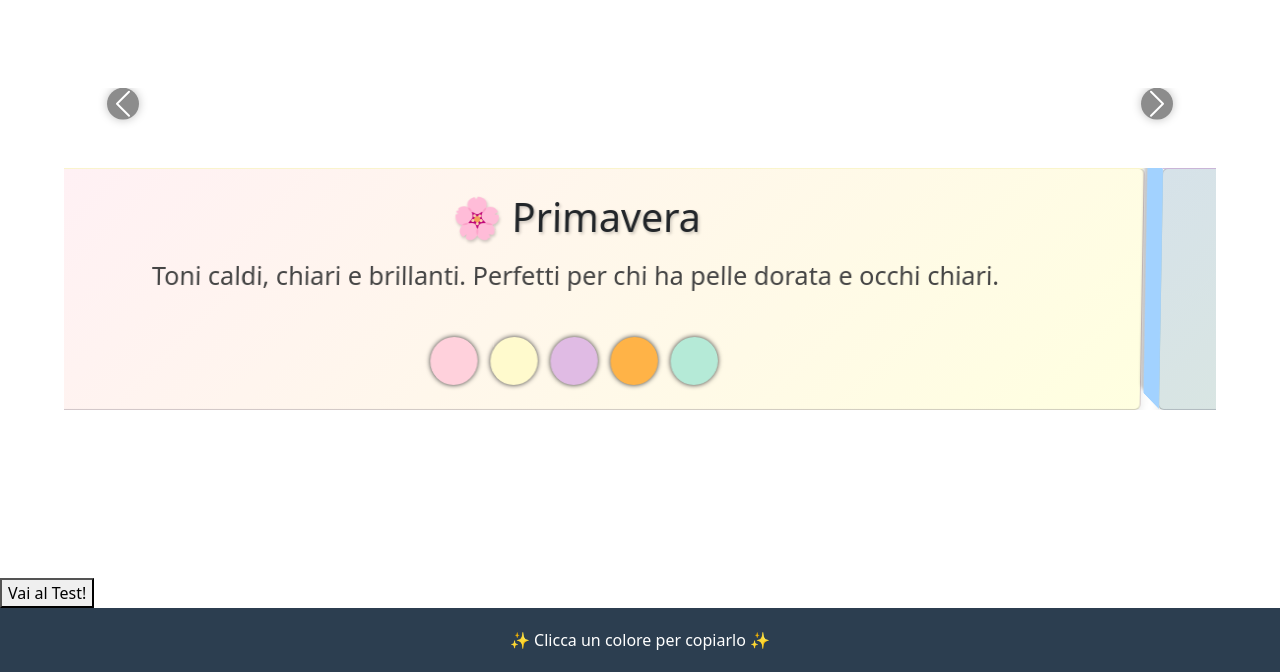
Repository: Probyte5D/Armocromia-website
Page: index.html
These files come from the project's save history. The page is drawn as it stood at one moment and after the next save; the edit follows.
The browser window is 1280 px wide. The pictures show the part of the page from y = 432 to 1236 px (the page is 1104 px tall before and 1236 px after).

Above is the page before, as saved 2025-04-18 02:41:22.

### index.html
<!DOCTYPE html>
<html lang="it">
<head>
  <meta charset="UTF-8" />
  <meta name="viewport" content="width=device-width, initial-scale=1.0" />
  <title>Armocromia - Scopri la tua stagione</title>
  <link rel="stylesheet" href="style.css" />
  <!-- Bootstrap CSS -->
  <link href="https://cdn.jsdelivr.net/npm/bootstrap@5.3.0-alpha1/dist/css/bootstrap.min.css" rel="stylesheet">
  <!-- Bootstrap JS e Popper.js (per alcuni componenti interattivi) -->
  <script src="https://cdn.jsdelivr.net/npm/@popperjs/core@2.11.6/dist/umd/popper.min.js"></script>
  <script src="https://cdn.jsdelivr.net/npm/bootstrap@5.3.0-alpha1/dist/js/bootstrap.min.js"></script>
</head>

<body>
  <!-- Navigation Bar -->
  <nav>
    <ul>
      <li><a href="#">Home</a></li>
      <li><a href="test.html">Test Armocromia</a></li>
      <li><a href="#">Chi Siamo</a></li>
    </ul>
  </nav>

  <!-- Header con sfondo sfuocato -->
  <header>
    <h1>🌈 Armocromia</h1>
    <p>Scopri le palette perfette per la tua stagione.</p>
  </header>

  <main>
    <!-- Carosello delle stagioni -->
    <section class="carousel-container">
      <div id="carouselExample" class="carousel slide" data-bs-ride="carousel">
        <div class="carousel-inner">
          <!-- Card Primavera -->
          <div class="carousel-item active">
            <div class="card primavera">
              <h3>🌸 Primavera</h3>
              <p>Toni caldi, chiari e brillanti. Perfetti per chi ha pelle dorata e occhi chiari.</p>
              <div class="palette">
                <div class="color" style="background-color: #FFD1DC;"></div>
                <div class="color" style="background-color: #FFFACD;"></div>
                <div class="color" style="background-color: #E0BBE4;"></div>
                <div class="color" style="background-color: #FFB347;"></div>
                <div class="color" style="background-color: #B5EAD7;"></div>
              </div>
            </div>
          </div>

          <!-- Card Estate -->
          <div class="carousel-item">
            <div class="card estate">
              <h3>☀️ Estate</h3>
              <p>Toni freddi e soft, ideali per carnagioni rosate e occhi chiari.</p>
              <div class="palette">
                <div class="color" style="background-color: #BFD7EA;"></div>
                <div class="color" style="background-color: #D6E2E9;"></div>
                <div class="color" style="background-color: #A2D2FF;"></div>
                <div class="color" style="background-color: #CDB4DB;"></div>
                <div class="color" style="background-color: #E2F0CB;"></div>
              </div>
            </div>
          </div>

          <!-- Card Autunno -->
          <div class="carousel-item">
            <div class="card autunno">
              <h3>🍁 Autunno</h3>
              <p>Toni caldi, intensi e terrosi. Per incarnati dorati e occhi scuri o verdi.</p>
              <div class="palette">
                <div class="color" style="background-color: #D2691E;"></div>
                <div class="color" style="background-color: #C3B091;"></div>
                <div class="color" style="background-color: #A0522D;"></div>
                <div class="color" style="background-color: #F4A460;"></div>
                <div class="color" style="background-color: #B22222;"></div>
              </div>
            </div>
          </div>

          <!-- Card Inverno -->
          <div class="carousel-item">
            <div class="card inverno">
              <h3>❄️ Inverno</h3>
              <p>Toni freddi e contrastati, perfetti per pelli olivastre e capelli scuri.</p>
              <div class="palette">
                <div class="color" style="background-color: #000000;"></div>
                <div class="color" style="background-color: #4169E1;"></div>
                <div class="color" style="background-color: #8A2BE2;"></div>
                <div class="color" style="background-color: #FF1493;"></div>
                <div class="color" style="background-color: #00CED1;"></div>
              </div>
            </div>
          </div>
        </div>

    <!-- Controlli per il carosello -->
<button class="carousel-control-prev" type="button" data-bs-target="#carouselExample" data-bs-slide="prev">
  <span class="carousel-control-prev-icon" aria-hidden="true"></span>
  <span class="visually-hidden">Precedente</span>
</button>
<button class="carousel-control-next" type="button" data-bs-target="#carouselExample" data-bs-slide="next">
  <span class="carousel-control-next-icon" aria-hidden="true"></span>
  <span class="visually-hidden">Successivo</span>
</button>

      </div>
    </section>

    <!-- Bottone per andare al test -->
    <section class="test-link">
      <a href="test.html">
        <button id="vai-al-test">Vai al Test!</button>
      </a>
    </section>
  </main>

  <!-- Footer -->
  <footer>
    <p>✨ Clicca un colore per copiarlo ✨</p>
  </footer>

  <script src="script.js">


  var myCarousel = document.querySelector('#carouselExample');
  var carousel = new bootstrap.Carousel(myCarousel);

  </script>
</body>
</html>

### style.css
/* Base styles */
body {
  font-family: 'Roboto', sans-serif;
  margin: 0;
  padding: 0;
  background-color: #f0f0f0;
}

.html{
  font-size: 62.5%;
}
/* Header */
header {
  background-image: url('https://images.unsplash.com/photo-1558452337-ca6e53836504?w=500&auto=format&fit=crop&q=60&ixlib=rb-4.0.3&ixid=M3wxMjA3fDB8MHxzZWFyY2h8MTMyfHxhcm1vY3JvbWlhJTIwcGFsZXR0ZSUyMHBpdHR1cmF8ZW58MHx8MHx8fDI%3D');
  background-size: cover;
  background-position: center;
  height: 60vh;
  color: white;
  display: flex;
  flex-direction: column;
  justify-content: center;
  align-items: center;
  text-shadow: 2px 2px 10px rgba(0, 0, 0, 0.6);
  position: relative;
}

header::before {
  content: '';
  position: absolute;
  top: 0;
  left: 0;
  width: 100%;
  height: 100%;
  background: rgba(0, 0, 0, 0.4);
}

header h1 {
  font-size: 3rem;
  margin: 0;
}

header p {
  font-size: 1.5rem;
  margin-top: 10px;
}

/* Navigation Bar */
nav {
  position: fixed;
  top: 0;
  left: 0;
  width: 100%;
  background-color: #2C3E50;
  padding: 15px 30px;
  z-index: 1000;
}

nav ul {
  display: flex;
  justify-content: space-around;
  list-style: none;
  margin: 0;
  padding: 0;
}

nav ul li {
  font-size: 1.2rem;
}

nav ul li a {
  color: white;
  text-decoration: none;
  padding: 10px 20px;
  border-radius: 5px;
  transition: background-color 0.3s ease;
}

nav ul li a:hover {
  background-color: #3498db;
}

/* Carosello e Cards */
.carousel {
  display: flex;
  justify-content: space-between;
  gap: 20px;
  margin: 40px 0;
  overflow-x: auto;
  padding: 20px;
}

.card {
  width: 250px;
  padding: 20px;
  background-color: white;
  border-radius: 10px;
  box-shadow: 0 4px 10px rgba(0, 0, 0, 0.1);
  transition: transform 0.3s ease;
}

.card:hover {
  transform: scale(1.05);
}

.card h3 {
  font-size: 1.5rem;
  margin-bottom: 15px;
}

.card p {
  font-size: 1.1rem;
  color: #555;
}

.palette {
  display: flex;
  justify-content: space-between;
  gap: 10px;
  margin-top: 10px;
}

.color {
  width: 50px;
  height: 50px;
  border-radius: 8px;
  box-shadow: 0 4px 8px rgba(0, 0, 0, 0.1);
}

/* Footer */
footer {
  text-align: center;
  padding: 20px;
  background-color: #2C3E50;
  color: white;
}

footer p {
  font-size: 1rem;
  margin: 0;
}

/* Media Queries */
@media (max-width: 768px) {
  header h1 {
    font-size: 2.5rem;
  }

  header p {
    font-size: 1.2rem;
  }

  nav ul {
    flex-direction: column;
    align-items: center;
  }

  nav ul li {
    margin: 10px 0;
  }

  .carousel {
    flex-direction: column;
    align-items: center;
  }
}

.carousel {
  display: flex;
  flex-wrap: wrap;
  justify-content: center;
  gap: 3rem;
  padding: 5rem 2rem;
}

.card {
  position: relative;
  width: 30rem;
  padding: 3rem;
  border-radius: 1.5rem;
  background-color: rgba(255, 255, 255, 0.9);
  box-shadow: 0.8rem 0.8rem 2rem rgba(0, 0, 0, 0.3);
  transform: rotateY(10deg) skewX(-1deg);
  transition: transform 0.4s, box-shadow 0.4s;
  display: flex;
  flex-direction: column;
  align-items: center;
  text-align: center;
}

.card:hover {
  transform: rotateY(10deg) skewX(-1deg) translateY(-1rem);
  box-shadow: 1.5rem 1.5rem 3rem rgba(0, 0, 0, 0.4);
}

.card::before {
  content: "";
  position: absolute;
  top: 0;
  left: -1rem;
  width: 1rem;
  height: 100%;
  background-color: #bba584;
  transform: skewY(45deg);
  transform-origin: right;
  box-shadow: -.2rem -.2rem .2rem rgba(0,0,0,0.2);
}

.card::after {
  content: "";
  position: absolute;
  top: -1rem;
  left: 0;
  width: 100%;
  height: 1rem;
  background-color: #eee1c6;
  transform: skewX(45deg);
  transform-origin: bottom;
  box-shadow: -.2rem -.2rem .2rem rgba(0,0,0,0.2);
}

.card h3 {
  font-size: 2.5rem;
  margin-bottom: 1rem;
  text-shadow: 0.1rem 0.1rem 0.2rem #00000033;
}

.card p {
  font-size: 1.6rem;
  font-weight: 500;
  margin-bottom: 2rem;
  color: #444;
}

.palette {
  display: flex;
  gap: 0.8rem;
}

.color {
  width: 3rem;
  height: 3rem;
  border-radius: 50%;
  box-shadow: 0 0 0.3rem #333;
  cursor: pointer;
  transition: transform 0.3s;
}

.color:hover {
  transform: scale(1.2);
}

.primavera {
  background: linear-gradient(135deg, #fff0f5, #ffffe0);
  border-left: 1rem solid #ffd1dc;
}
.primavera::before {
  background-color: #ffb6c1;
}
.primavera::after {
  background-color: #fffacd;
}

.estate {
  background: linear-gradient(135deg, #d6e2e9, #e2f0cb);
  border-left: 1rem solid #a2d2ff;
}
.estate::before {
  background-color: #a2d2ff;
}
.estate::after {
  background-color: #cdb4db;
}

.autunno {
  background: linear-gradient(135deg, #fff5e1, #f4a460);
  border-left: 1rem solid #a0522d;
}
.autunno::before {
  background-color: #d2691e;
}
.autunno::after {
  background-color: #c3b091;
}

.inverno {
  background: linear-gradient(135deg, #e0e0e0, #d1d1ff);
  border-left: 1rem solid #8a2be2;
}
.inverno::before {
  background-color: #000000;
}
.inverno::after {
  background-color: #4169e1;
}



 /* Carosello delle stagioni */
.carousel-container {
  padding: 3rem 2rem;
  position: relative; /* Assicurati che le frecce siano posizionate rispetto a questa sezione */
}

.carousel-inner {
  display: flex;
  overflow: hidden;
}

.carousel-item {
  flex: 0 0 auto;
  width: 250px; /* Ridotto per dare spazio alle frecce */
  margin-right: 20px;
  transition: transform 0.3s ease;
}

.card {
  width: 100%; /* La card si adatta alla larghezza impostata */
  padding: 1.5rem;
  background-color: rgba(255, 255, 255, 0.9);
  border-radius: 1rem;
  box-shadow: 0 4px 10px rgba(0, 0, 0, 0.1);
  transition: transform 0.2s ease;
}



/* Stile per le frecce */
.carousel-control-prev-icon,
.carousel-control-next-icon {
  background-color: rgba(0, 0, 0, 0.9); /* Maggiore contrasto per la visibilità */
  border-radius: 50%;
  width: 40px;  /* Aumenta la dimensione della freccia */
  height: 40px;
  background-size: 30px; /* Dimensioni dell'icona */
  margin-top: 2rem;
  box-shadow: 0 0 10px rgba(0, 0, 0, 0.5); /* Aggiungi ombra per maggiore visibilità */
}

.carousel-control-prev,
.carousel-control-next {
  position: absolute;
  top: 50%;
  transform: translateY(-50%);
  z-index: 15; /* Assicurati che siano sopra le cards */
  background-color: rgba(17, 17, 17, 0.5); /* Colore di sfondo delle frecce */
  padding: 10px;
  border-radius: 50%;
  cursor: pointer; /* Aggiungi un cursore per l'interattività */
}

.carousel-control-prev {
  left: 10px; /* Posizione della freccia sinistra */
  color: #000000;
}

.carousel-control-next {
  right: 10px; /* Posizione della freccia destra */
}

/* Responsività per schermi più piccoli */
@media (max-width: 768px) {
  .carousel-item {
    width: 100%;
  }
}

### script.js
/*document.getElementById('armocromiaTest').addEventListener('submit', function(e) {
  e.preventDefault();

  const capelli = document.querySelector('input[name="capelli"]:checked')?.value;
  const occhi = document.querySelector('input[name="occhi"]:checked')?.value;
  const pelle = document.querySelector('input[name="pelle"]:checked')?.value;

  if (!capelli || !occhi || !pelle) {
    alert('Per favore, rispondi a tutte le domande.');
    return;
  }

  let stagione = '';
  let palette = [];

  // Logica semplificata per determinare la stagione
  if (capelli === 'chiari' && occhi === 'chiari' && pelle === 'si_abbronza') {
    stagione = 'Primavera';
    palette = ['#FFD1DC', '#FFFACD', '#E0BBE4', '#FFB347', '#B5EAD7'];
  } else if (capelli === 'chiari' && occhi === 'chiari' && pelle === 'si_scotta') {
    stagione = 'Estate';
    palette = ['#BFD7EA', '#D6E2E9', '#A2D2FF', '#CDB4DB', '#E2F0CB'];
  } else if (capelli === 'scuri' && occhi === 'scuri' && pelle === 'si_abbronza') {
    stagione = 'Autunno';
    palette = ['#D2691E', '#C3B091', '#A0522D', '#F4A460', '#B22222'];
  } else {
    stagione = 'Inverno';
    palette = ['#000000', '#4169E1', '#8A2BE2', '#FF1493', '#00CED1'];
  }

  document.getElementById('stagione').textContent = `La tua stagione è: ${stagione}`;
  const paletteContainer = document.getElementById('palette');
  paletteContainer.innerHTML = '';
  palette.forEach(color => {
    const div = document.createElement('div');
    div.className = 'color-box';
    div.style.backgroundColor = color;
    div.title = color;
    div.addEventListener('click', () => {
      navigator.clipboard.writeText(color);
      alert(`Colore ${color} copiato negli appunti!`);
    });
    paletteContainer.appendChild(div);
  });

  document.getElementById('risultato').classList.remove('hidden');
});
*/

After the next save:
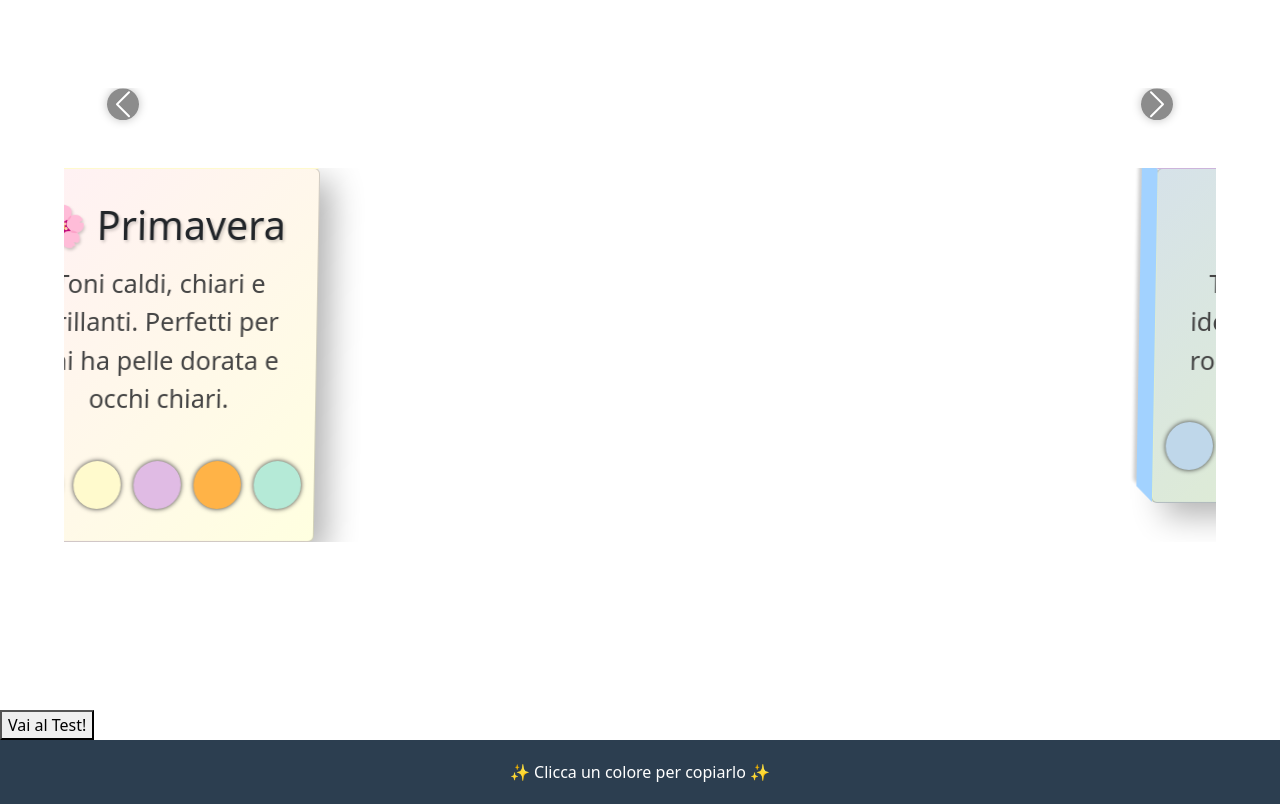
Saved 2 min 20 s later.
--- a/style.css
+++ b/style.css
@@ -313,15 +313,21 @@ footer p {
   transition: transform 0.3s ease;
 }
 
+/* Stile base per le cards */
 .card {
-  width: 100%; /* La card si adatta alla larghezza impostata */
-  padding: 1.5rem;
+  position: relative;
+  width: 20rem; /* Ridotto da 30rem a 20rem per una card più compatta */
+  padding: 2rem; /* Ridotto per ridurre lo spazio interno */
+  border-radius: 1rem;
   background-color: rgba(255, 255, 255, 0.9);
-  border-radius: 1rem;
-  box-shadow: 0 4px 10px rgba(0, 0, 0, 0.1);
-  transition: transform 0.2s ease;
-}
-
+  box-shadow: 0.8rem 0.8rem 2rem rgba(0, 0, 0, 0.3);
+  transform: rotateY(10deg) skewX(-1deg);
+  transition: transform 0.4s, box-shadow 0.4s;
+  display: flex;
+  flex-direction: column;
+  align-items: center;
+  text-align: center;
+}
 
 
 /* Stile per le frecce */
